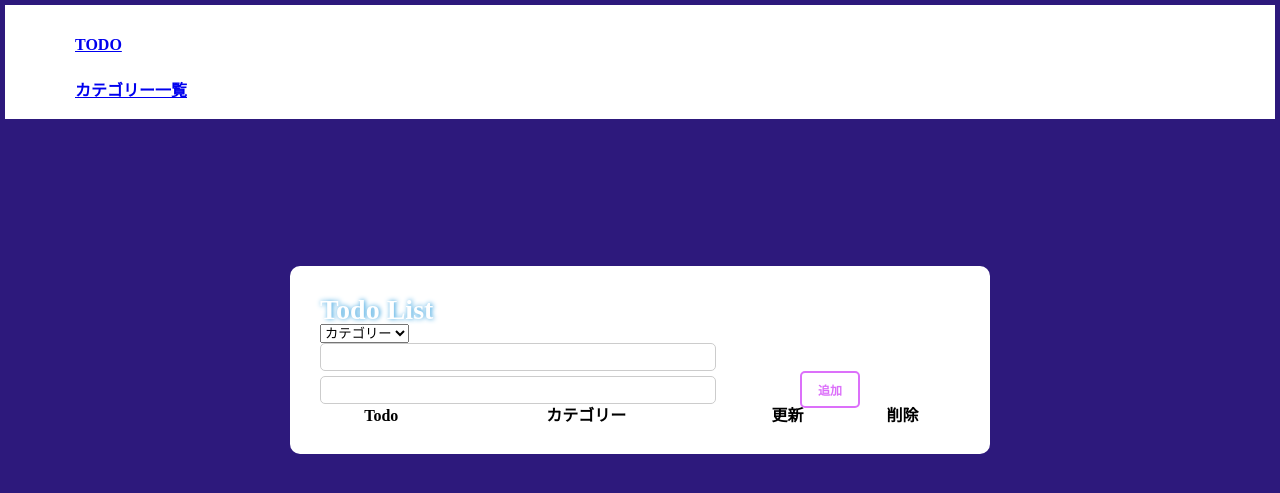
Repository: azuma2/cate
Page: http://localhost/
These files come from the project's save history. The page is drawn as it stood at one moment and after the next save; the edit follows.
The browser window is 1280 px wide. The pictures show the whole page.
The page is served by the project's Laravel application, run on PHP 8.4 with Laravel 8. Other server files are loaded and not shown. Queries for data that is not in the repository find no rows.

Above is the page before, as saved 2022-05-17 19:11:03.

### routes/web.php
<?php

use Illuminate\Support\Facades\Route;
use App\Http\Controllers\TodoController;
use App\Http\Controllers\CateController;


Route::get('/', [TodoController::class, 'index']);

Route::get('/cate', [CateController::class, 'index']);

Route::post('/todo/create', [TodoController::class, 'create']);
Route::post('/todo/update', [TodoController::class, 'update']);
Route::post('/todo/delete', [TodoController::class, 'remove']);
Route::post('/todo/search', [TodoController::class, 'search']);
Route::post('/cate/create', [CateController::class, 'create']);
Route::post('/cate/update', [CateController::class, 'update']);
Route::post('/cate/delete', [CateController::class, 'remove']);
Route::post('/cate/search', [CateController::class, 'search']);

### app/Http/Controllers/TodoController.php
<?php

namespace App\Http\Controllers;

use App\Models\Todo;
use App\Models\Cate;
use Illuminate\Http\Request;
use Illuminate\Support\Facades\DB;

class TodoController extends Controller
{
    public function index()
    {
        $items = Todo::all();
        $cates = Cate::all();
        return view('index', ['items' => $items, 'cates' => $cates]);
    }


    public function create(Request $request)
    {
        $param = ['content' => $request->content,];
        $this->validate($request, Todo::$rules);

        $param2 = ['content' => $request->content,];
        $this->validate($request, Cate::$rules);


        DB::insert('insert into todos (content) values (:content)', $param);
        DB::insert('insert into cates (content) values (:content)', $param2);
        return redirect('/');
    }

    public function update(Request $request)
    {
         $param = [
            'id' => $request->id,
            'content' => $request->content,

        ];
        $this->validate($request, Todo::$rules);
        DB::update('update todos set content =:content where id =:id', $param);
        return redirect('/');
    }

    public function remove(Request $request)
    {
        $param = ['id' => $request->id];
        DB::delete('delete from todos where id =:id', $param);
        return redirect('/');
    }



}

### app/Models/todo.php
<?php


namespace App\Models;

use Illuminate\Database\Eloquent\Factories\HasFactory;
use Illuminate\Database\Eloquent\Model;
use App\Models\Cate;

class Todo extends Model
{
    use HasFactory;

    protected $fillable = ['cate_id', 'content'];

    public static $rules = array(
        'cate_id' => 'required|text',
        'content' => 'required|max:20',
    );

    public function cate(){
        return $this->belongsTo('App\Models\cate');
    }


}

### app/Models/cate.php
<?php


namespace App\Models;

use Illuminate\Database\Eloquent\Factories\HasFactory;
use Illuminate\Database\Eloquent\Model;
use App\Models\Todo;

class Cate extends Model
{
    use HasFactory;

    protected $fillable = ['content'];

    public static $rules = array(
        'content' => 'required|max:10',
    );

    public function todo(){
        return $this->belongsTo('App\Models\todo');
    }


}

### resources/views/index.blade.php
<!DOCTYPE html>
<html lang="ja">
<head>
    <meta charset="UTF-8">
    <meta http-equiv="X-UA-Compatible" content="IE=edge">
    <meta name="viewport" content="width=device-width, initial-scale=1.0">
    <link rel="stylesheet" href="{{ asset('/reset.css') }}" >
    <title>@yield('title')</title>
    <style>
    body {
      font-size:16px;
      margin: 5px;
      background-color: #2d197c;
    }


header{
  padding-right:50px;
  padding-left:50px;
  padding-top:20px;
  left: 0;
  top: 0;
  background: #fff;
  display: flex;
}
.head {
  justify-content: space-between;
  display: flex;
  font-weight: bolder;
  position: sticky;
  bottom: 0;
}

.head1{
  padding: 10px;
  margin: 10px;
}

.head2{
  padding: 10px;
  margin: 10px;
}

ul{
  list-style: none;
  margin-top: -8px;
}

    td {
      padding: 5px 10px;
      text-align: center;
    }

    .narabe{
      display:flex;
      flex-flow: column;
    }

    .button {
    text-align: left;
    border: 2px solid #dc70fa;
    font-size: 12px;
    color: #dc70fa;
    background-color: #fff;
    font-weight: bold;
    padding: 8px 16px;
    border-radius: 5px;
    cursor: pointer;
    transition: 0.4s;
    outline: none;
}
.input-add {
    width: 60%;
    padding: 5px;
    border-radius: 5px;
    border: 1px solid #ccc;
    appearance: none;
    font-size: 14px;
    outline: none;
}
.input-update {
    width: 90%;
    padding: 5px;
    border-radius: 5px;
    border: 1px solid #ccc;
    appearance: none;
    font-size: 14px;
    outline: none;
}
    .card {
    background-color: #fff;
    width: 50vw;
    padding: 30px;
    position: absolute;
    top: 50%;
    left: 50%;
    transform: translate(-50%, -50%);
    border-radius: 10px;
}
    h2 {
      font-size:28px;
      color:white;
      text-shadow:1px 0 5px #289ADC;
      margin-left: 1px;
      margin: 0;
    }
    .content {
      margin:10px;
    }
.pulu{

}
    .button2 {
    text-align: left;
    border: 2px solid #dc70fa;
    font-size: 12px;
    color: #dc70fa;
    background-color: #fff;
    font-weight: bold;
    padding: 8px 16px;
    border-radius: 5px;
    cursor: pointer;
    transition: 0.4s;
    outline: none;
    margin-left:80px;
}
    </style>
  </head>
  <body>
  <header>
    <div class="head">
      <ul class="head0">
        <li class="head1"><a href="{{ url('/') }}">TODO</a></li>
        <li class="head2"><a href="{{ url('/cate') }}">カテゴリー一覧</a></li>
      </ul>
    </div>
  </header>
  <div class="container">
    <div class="card">
      <h2 class="title">Todo List</h2>
            <div class="todo">
              @if ($errors->has('content'))
                  <tr>
                    <th>TODOが入力されておりません</th>
                  </tr><br>
              @endif
              @if ($errors->has('cate_id'))
                  <tr>
                    <th>カテゴリーが選択されておりません</th>
                  </tr>
              @endif

          <!--  カテゴリープルダウン -->
        <select class="pulu" id="cate_id" name="cate_id" >
          <option value="0">カテゴリー</option>
            @foreach ($cates as $item)
                <option value="{{ $item->id }}">{{ $item->content }}</option>
            @endforeach
        </select>


        <form action="/todo/create" method="post">
            @csrf
          <input type="text" class="input-add" name="content">
          <input type="text" class="input-add" name="cate_id">
          <input class="button2" type="submit" value="追加" />
        </form>
          <div class="narabe">
        <table>
            @csrf
          <tr>
            <th>Todo</th>
            <th>カテゴリー</th>
            <th>更新</th>
            <th>削除</th>
          </tr>

                    <tr>
            @foreach ($items as $item)

            <td>

            </td>

            <form action="/todo/update" method="post">
              @csrf
              <td>
                <input type="text" class="input-update" value="{{$item->content}}" name="content" />
              </td>
              <td>
                <input type="hidden"  name="id" value="{{$item->id}}">
                <input class="button" type="submit" value="更新" >
              </td>
            </form>
            <td>
              <form action="/todo/delete" method="post" >
                    @csrf
                <input  type="hidden" name="id" value="{{$item->id}}" >
                <input class="button" type="submit" value="削除" >
              </form>
            </td>
            </div>
          </tr>
          @endforeach
        </table>
      </div>
    </div>
  </div>
  </div>

</body>
</html>

### public/reset.css
/*
html5doctor.com Reset Stylesheet
v1.6.1
Last Updated: 2010-09-17
Todo: Richard Clark - http://richclarkdesign.com
Twitter: @rich_clark
*/

html, body, div, span, object, iframe,
h1, h2, h3, h4, h5, h6, p, blockquote, pre,
abbr, address, cite, code,
del, dfn, em, img, ins, kbd, q, samp,
small, strong, sub, sup, var,
b, i,
dl, dt, dd, ol, ul, li,
fieldset, form, label, legend,
table, caption, tbody, tfoot, thead, tr, th, td,
article, aside, canvas, details, figcaption, figure,
footer, header, hgroup, menu, nav, section, summary,
time, mark, audio, video {
    margin:0;
    padding:0;
    border:0;
    outline:0;
    font-size:100%;
    vertical-align:baseline;
    background:transparent;
}

body {
    line-height:1;
}

article,aside,details,figcaption,figure,
footer,header,hgroup,menu,nav,section {
    display:block;
}

nav ul {
    list-style:none;
}

blockquote, q {
    quotes:none;
}

blockquote:before, blockquote:after,
q:before, q:after {
    content:'';
    content:none;
}

a {
    margin:0;
    padding:0;
    font-size:100%;
    vertical-align:baseline;
    background:transparent;
}

/* change colours to suit your needs */
ins {
    background-color:#ff9;
    color:#000;
    text-decoration:none;
}

/* change colours to suit your needs */
mark {
    background-color:#ff9;
    color:#000;
    font-style:italic;
    font-weight:bold;
}

del {
    text-decoration: line-through;
}

abbr[title], dfn[title] {
    border-bottom:1px dotted;
    cursor:help;
}

table {
    border-collapse:collapse;
    border-spacing:0;
}

/* change border colour to suit your needs */
hr {
    display:block;
    height:1px;
    border:0;
    border-top:1px solid #cccccc;
    margin:1em 0;
    padding:0;
}

input, select {
    vertical-align:middle;
}

Loaded but not shown: app/Http/Controllers/Controller.php (common file)

After the next save:
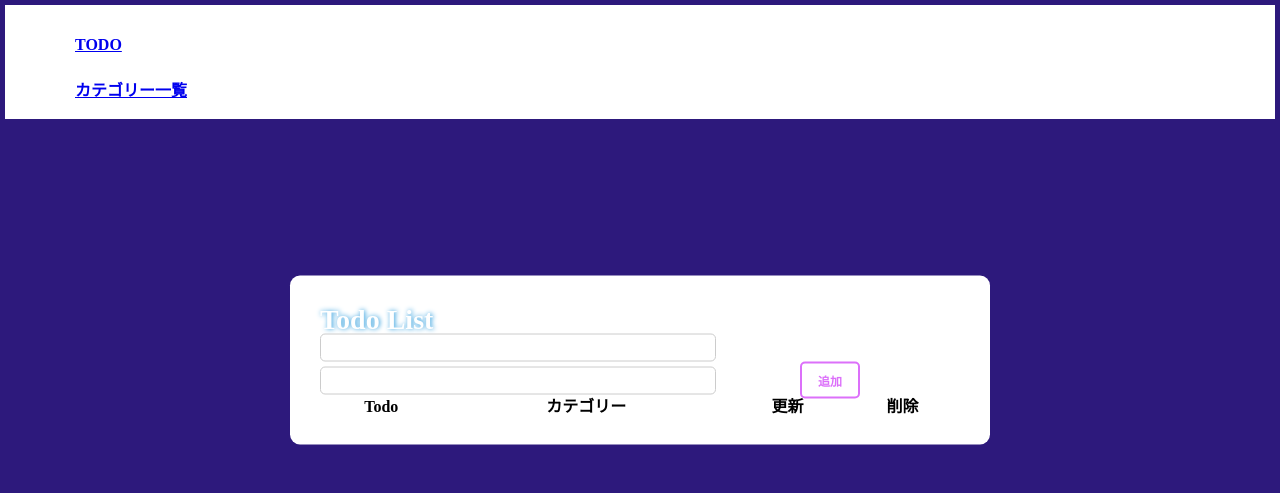
Saved 13 min 2 s later.
--- a/resources/views/index.blade.php
+++ b/resources/views/index.blade.php
@@ -150,13 +150,7 @@ ul{
                   </tr>
               @endif
 
-          <!--  カテゴリープルダウン -->
-        <select class="pulu" id="cate_id" name="cate_id" >
-          <option value="0">カテゴリー</option>
-            @foreach ($cates as $item)
-                <option value="{{ $item->id }}">{{ $item->content }}</option>
-            @endforeach
-        </select>
+
 
 
         <form action="/todo/create" method="post">
